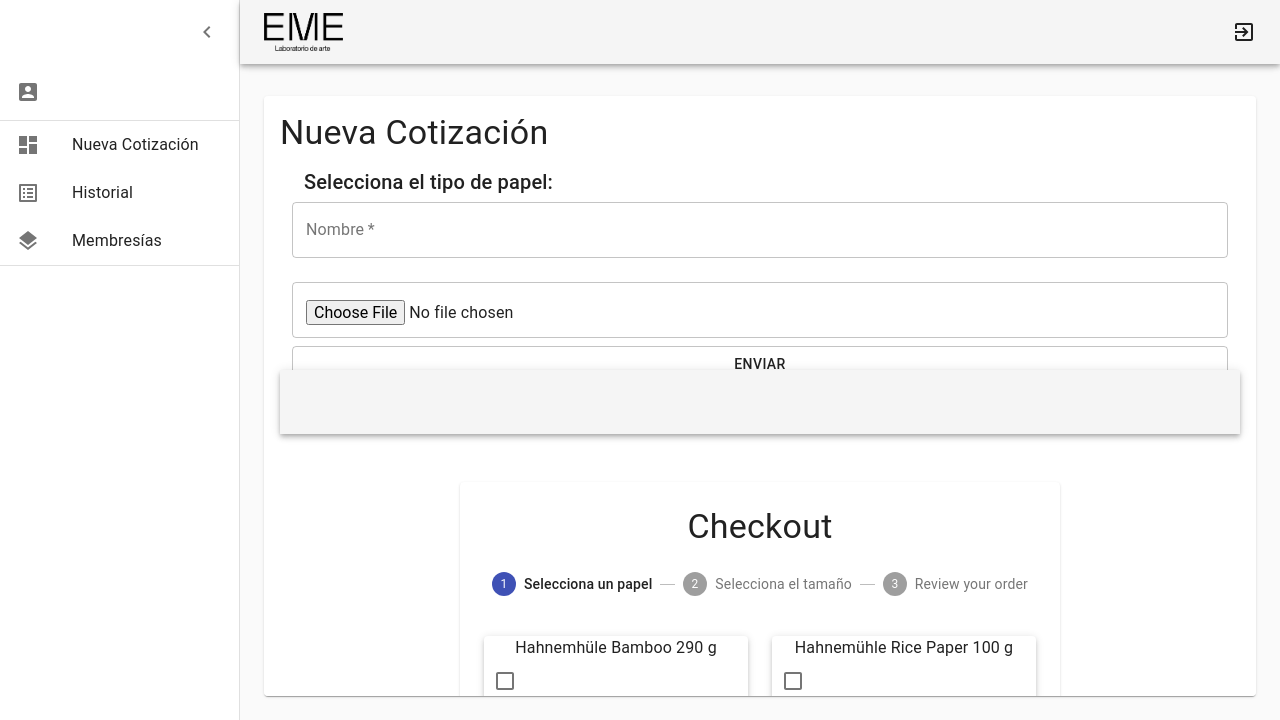
Repository: BrendaCarranco/eme-lab
Page: /Trabajo
These files come from the project's save history. The page is drawn as it stood at one moment and after the next save; the edit follows.
The browser window is 1280 px wide. The pictures show the whole page.
An inner scrolling area shows only its first screen. Some web libraries are served in a nearby version. The project was rebuilt for these pictures with package versions that can differ from the ones it lists, and the page was loaded fresh each time. Also part of the build but not shown: src/components/buildingPage/Building.js, src/temaConfig.js, src/components/buildingPage/Landing.js, src/components/login/Reset.js, src/components/Dashboard/Historial.js, src/components/Dashboard/Membresias.js, src/components/Dashboard/SizeForm.js, src/components/Dashboard/Review.js and 6 more.

Above is the page before, as saved 2020-08-30 20:28:04.

After the next save:
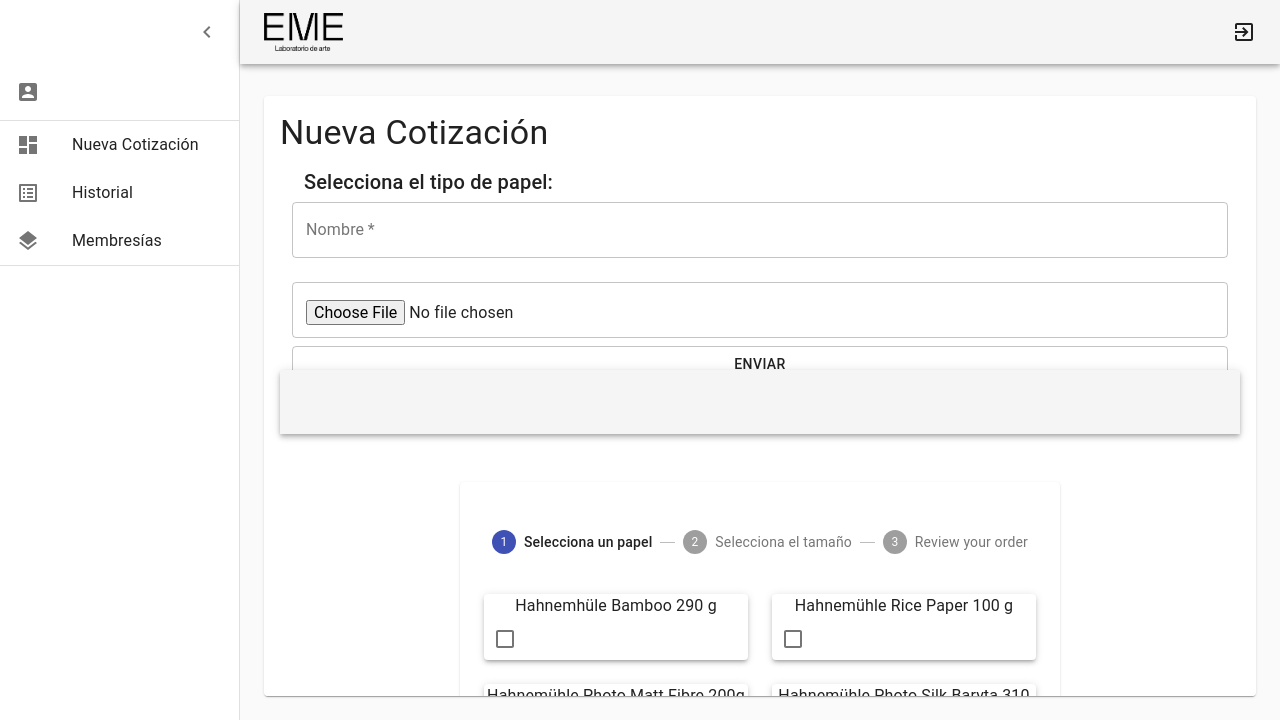
Saved 7 s later.
--- a/src/components/Dashboard/Checkout.js
+++ b/src/components/Dashboard/Checkout.js
@@ -101,9 +101,7 @@ export default function Checkout() {
       </AppBar>
       <main className={classes.layout}>
         <Paper className={classes.paper}>
-          <Typography component="h1" variant="h4" align="center">
-            Checkout
-          </Typography>
+
           <Stepper activeStep={activeStep} className={classes.stepper}>
             {steps.map((label) => (
               <Step key={label}>
